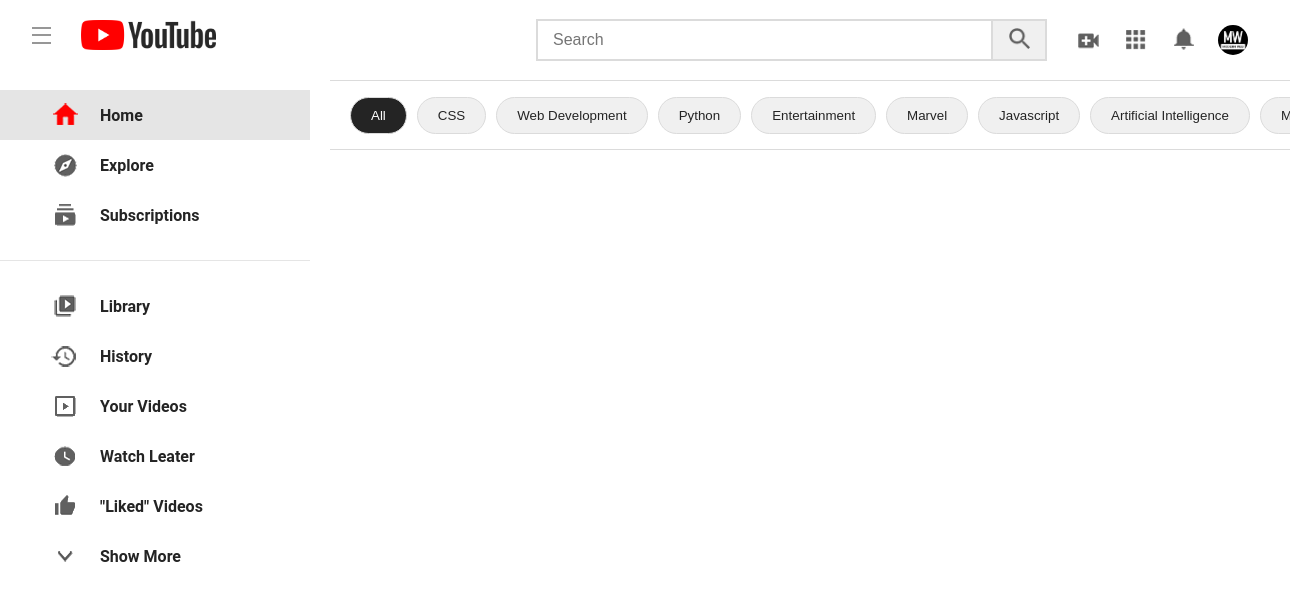
Repository: ds-mbappe/YouTube-Clone-UI
Page: index.html
The author's editor kept a copy of each file at every save. The page is drawn from the files as they stood at one save, then again after a run of saves.
The browser window is 1280 px wide. The page is 1290 px wide, so the pictures cover 1290 px, including what lies to the right of the window. The pictures show the whole page.
The page's requests for data from a server got no answer.

Above is the page before, as saved 2021-08-03 01:01:41.

After the next 2 saves:
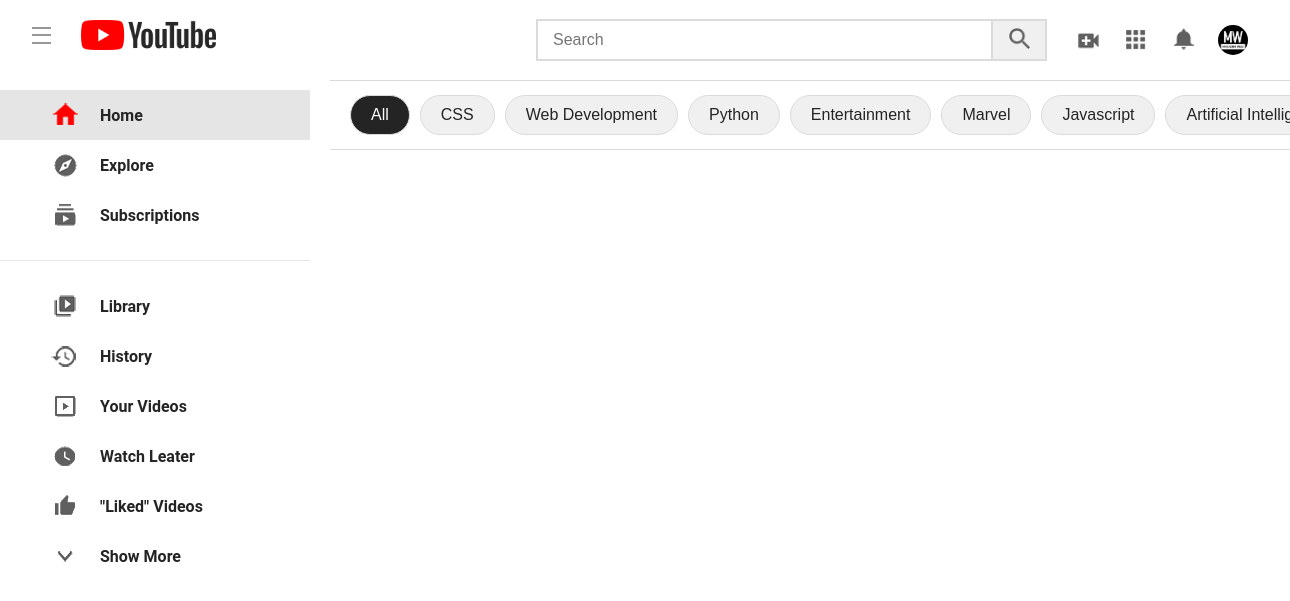
The 2 saves are shown as one change because they came seconds apart.
The last was saved 10 s later.
--- a/styles.css
+++ b/styles.css
@@ -164,7 +164,6 @@
   border-bottom: 1px solid #dbdbdb;
   padding: 0 20px;
   display: flex;
-  font-size: 1px bold;
   align-items: center;
   overflow-x: auto;
   overflow-y: hidden;
@@ -183,6 +182,7 @@
   text-transform: capitalize;
   margin-right: 10px;
   color: #242424;
+  font-size: 16px;
   cursor: pointer;
 }
 

After the save that followed:
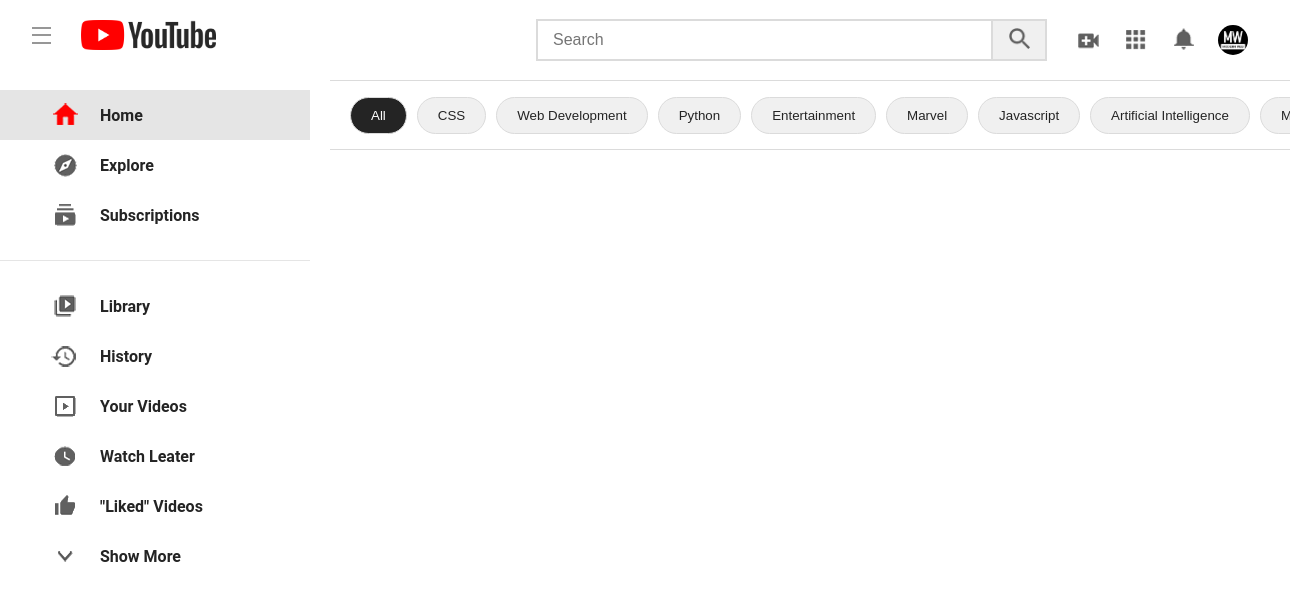
Saved 10 s later.
--- a/styles.css
+++ b/styles.css
@@ -182,7 +182,7 @@
   text-transform: capitalize;
   margin-right: 10px;
   color: #242424;
-  font-size: 16px;
+  font-size: 16px bolder;
   cursor: pointer;
 }
 
